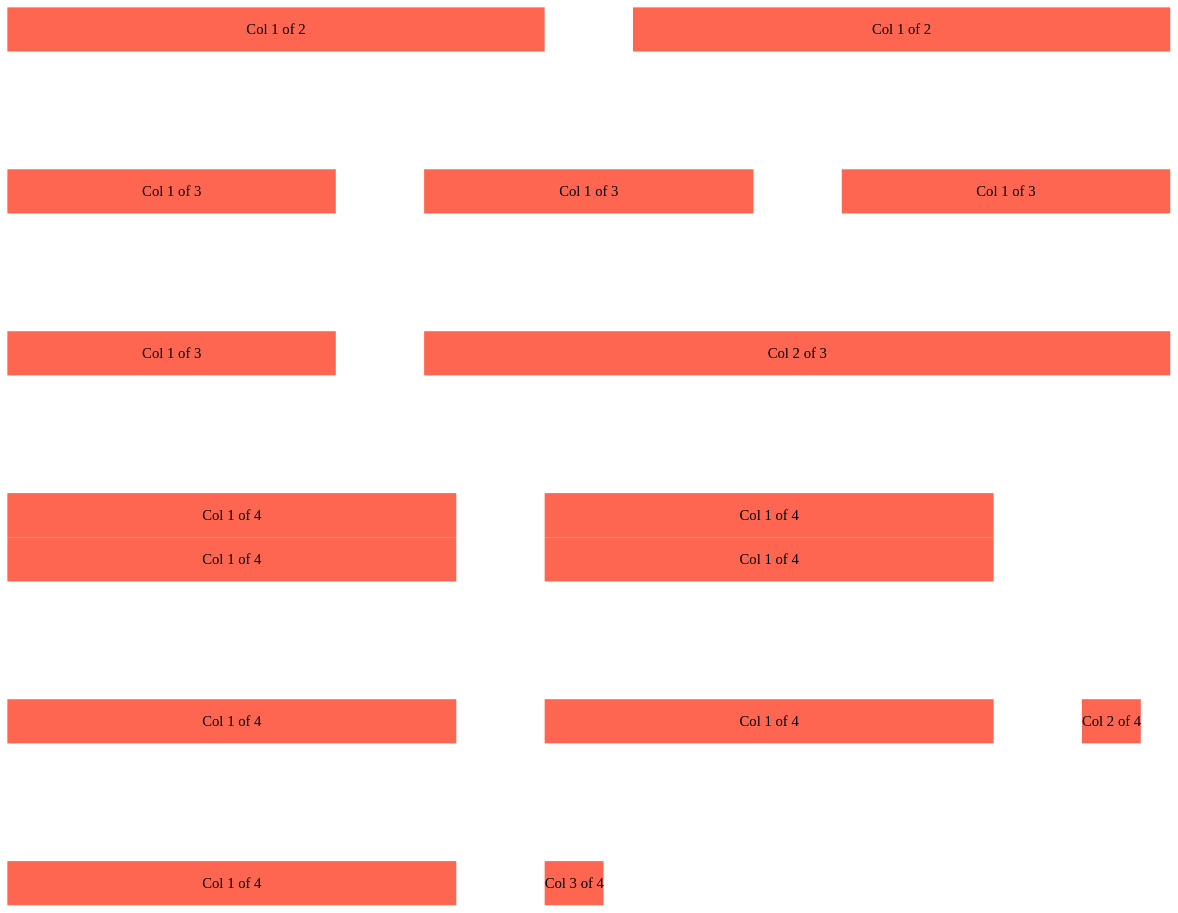
Repository: haokiet2501/grid-basic
Page: index.html
An editor plug-in stored every save of this project. The page is shown before and after a run of saves, followed by the edit.
The browser window is 1280 px wide. The pictures show the whole page, at 92% of full size.

Above is the page before, as saved 2022-08-11 19:00:35.

After the next 3 saves:
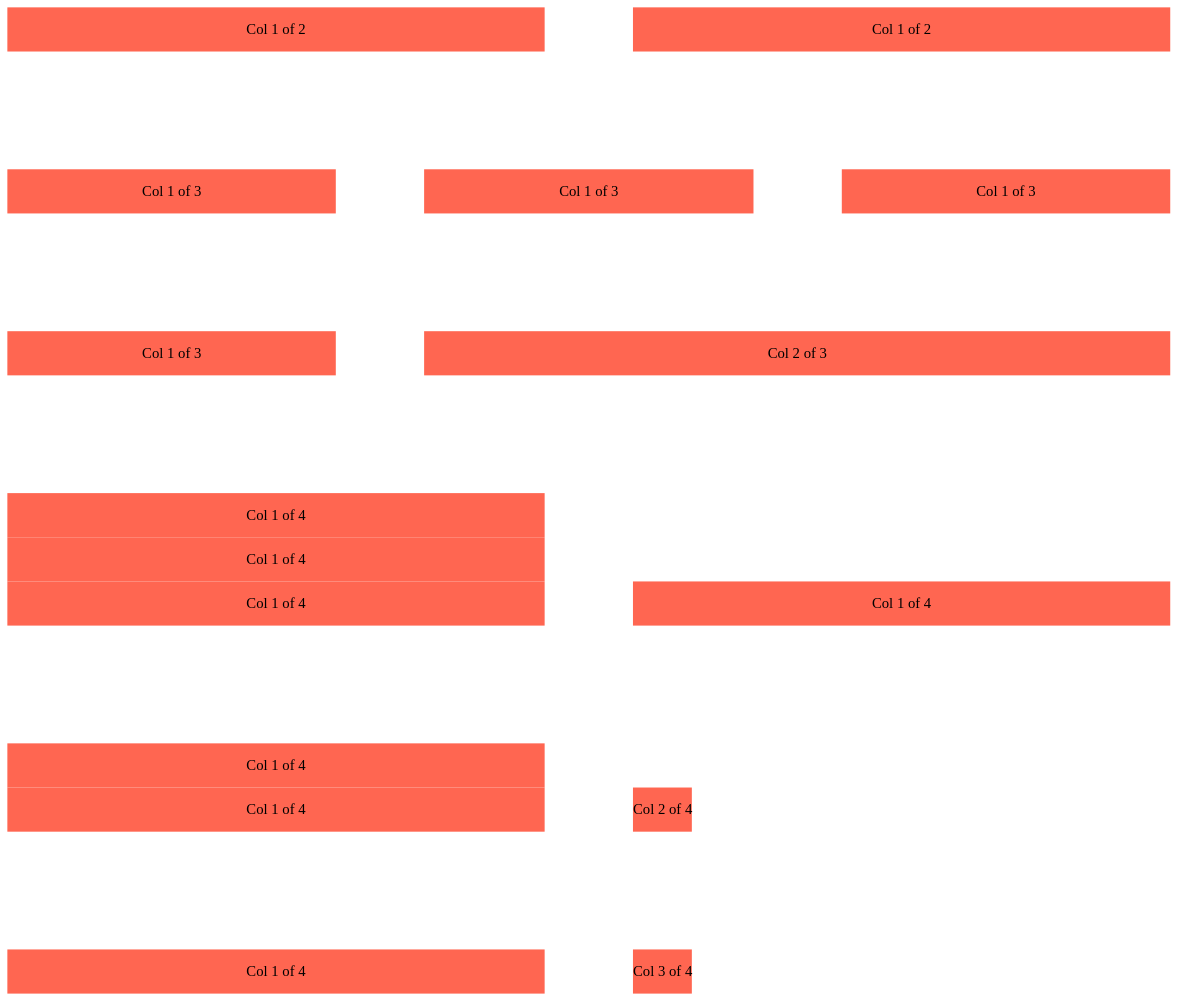
The 3 saves are shown as one change because they came seconds apart.
The last was saved 9 s later.
--- a/styles.css
+++ b/styles.css
@@ -47,5 +47,5 @@
 }
 
 .col-1-of-4 {
-    width: calc(2 * ((100% - 3 * var(--gutter-horizonal)) / 4));
+    width: calc(2 * ((100% - 3 * var(--gutter-horizonal)) / 4) + var(--gutter-horizonal));
 }
